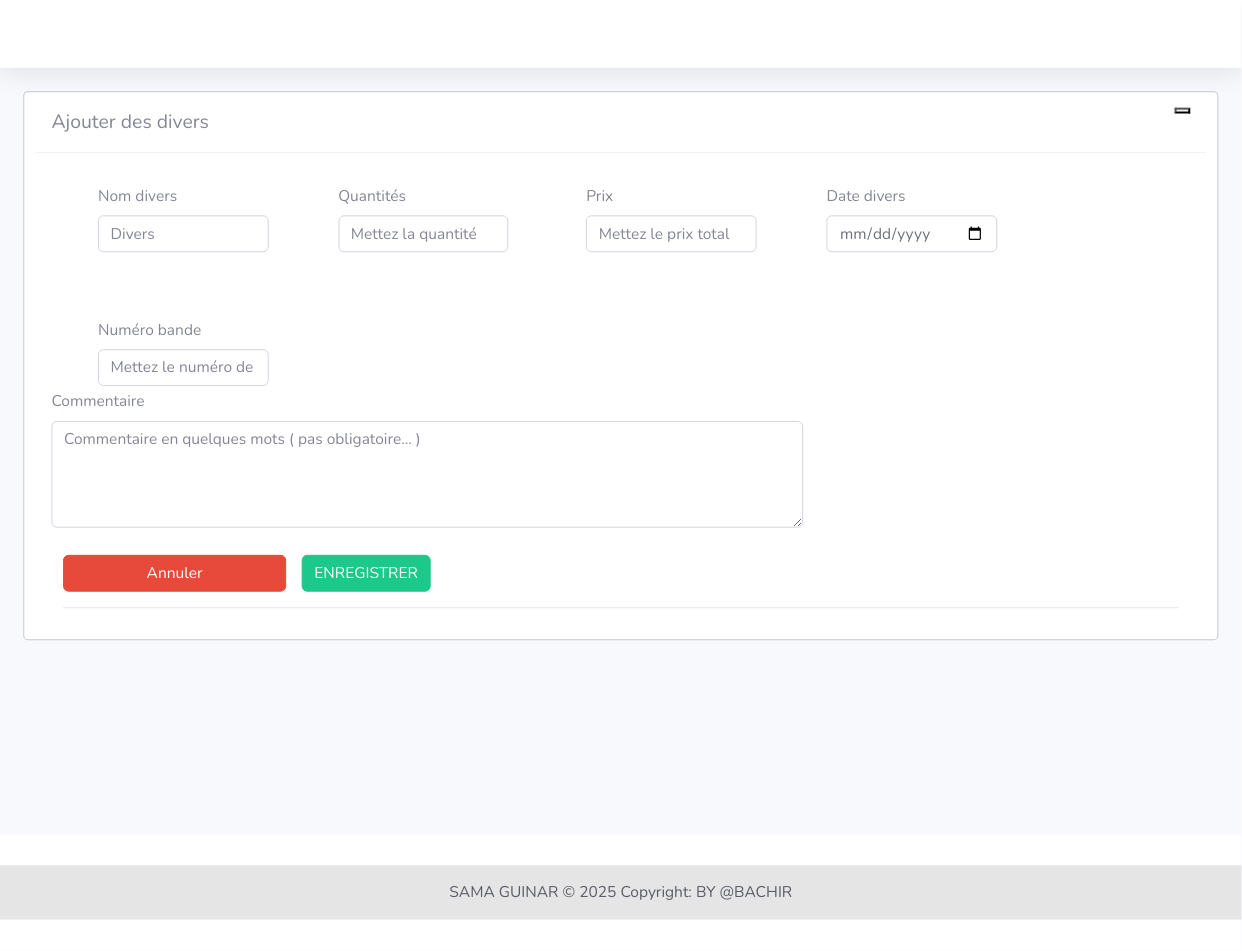
Repository: bachirNdiaye1996/elevage
Page: http://localhost/Divers/ajouterdiversFormulaire.php
The author's editor kept a copy of each file at every save. The page is drawn from the files as they stood at one save, then again after the next save.
The browser window is 1280 px wide. The pictures show the whole page, at 97% of full size.
The page is run by PHP 8.4 with error messages shown; the project is at /var/www/html/. The session is filled in as if someone had signed in: {"id": 1, "nomcomplet": "Test User", "numTelephone": 1, "username": "testuser", "email": "test@example.com", "user": "testuser"}.

Above is the page before, as saved 2025-07-12 09:50:06.

After the next save:
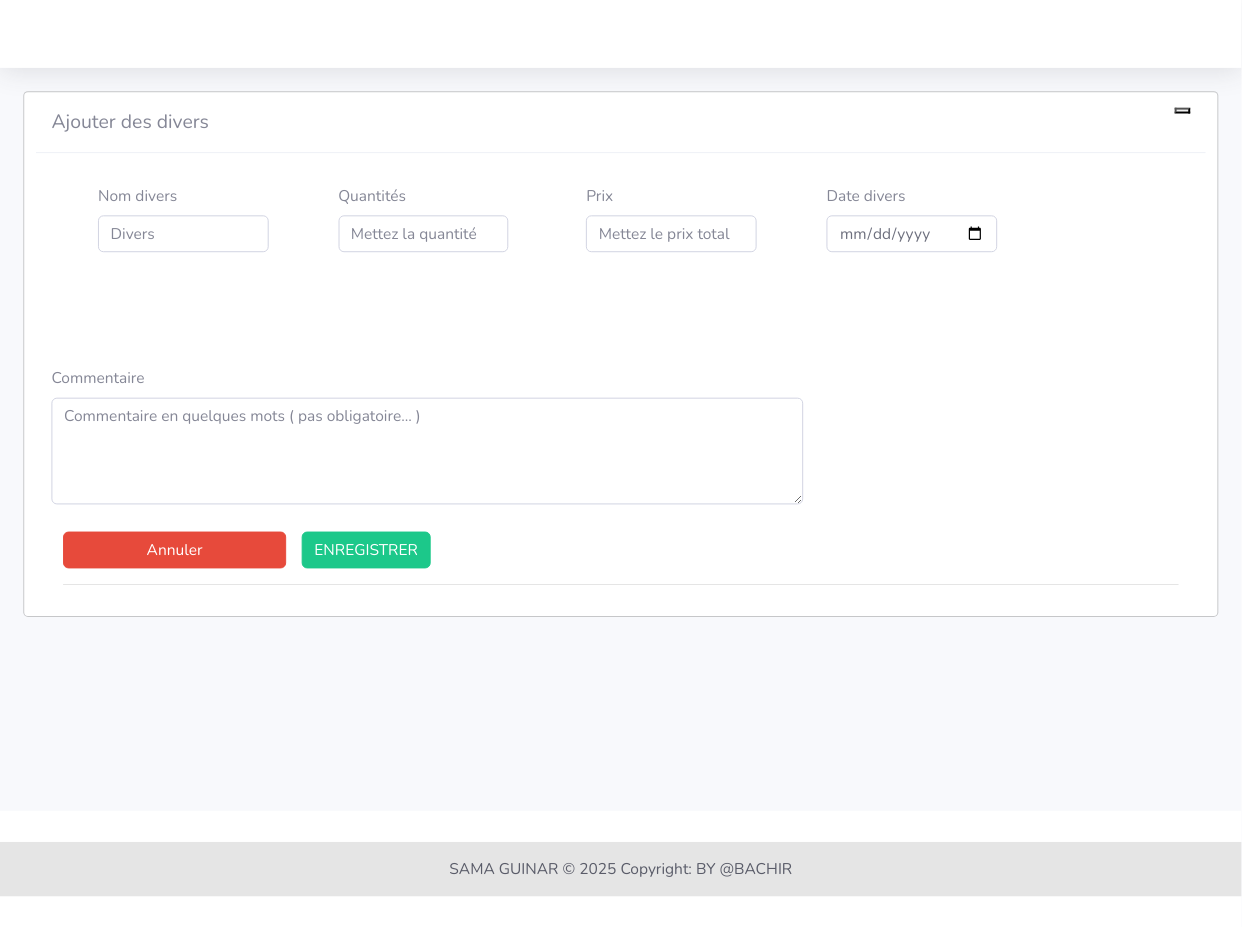
Saved 59 s later.
--- a/Divers/ajouterdiversFormulaire.php
+++ b/Divers/ajouterdiversFormulaire.php
@@ -125,12 +125,6 @@
                                                         <input class="form-control" type="date" name="datedivers" value="" id="validationDefault25" required>
                                                     </div>
                                                 </div>
-                                                <div class="col-md-2 ml-5 mt-3">
-                                                    <div class="mb-1 text-start">
-                                                        <label class="form-label fw-bold" for="nom">Numéro bande</label>
-                                                        <input class="form-control" type="text" name="idreceptionpoussin" value="" id="validationDefault03" placeholder="Mettez le numéro de la bande">
-                                                    </div>
-                                                </div>
                                                 <div class="col-md-6 invisible">
                                                     <div class="mb-1 text-start">
                                                         <label class="form-label fw-bold" for="user" ></label>
